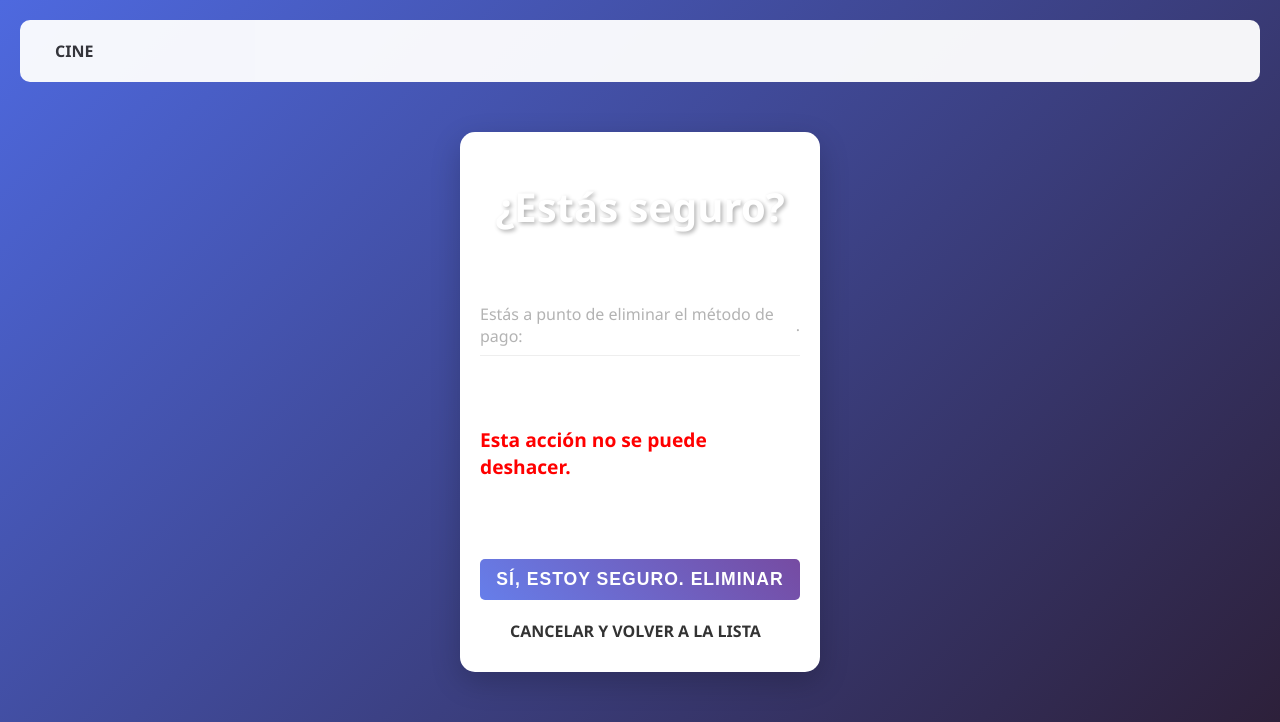
Repository: RoyScc/Practico-Django
Page: tickets/templates/tickets/borrar_metodo.html
An editor plug-in stored every save of this project. The page is shown before and after the next save, followed by the edit.
The browser window is 1280 px wide. The pictures show the whole page.
The page is served by the project's application, run on Django 5.2 (manage.py). The template is opened directly, without the code that normally fills it, so the values that code supplies are empty.

Above is the page before, as saved 2026-05-14 00:09:17.

After the next save:
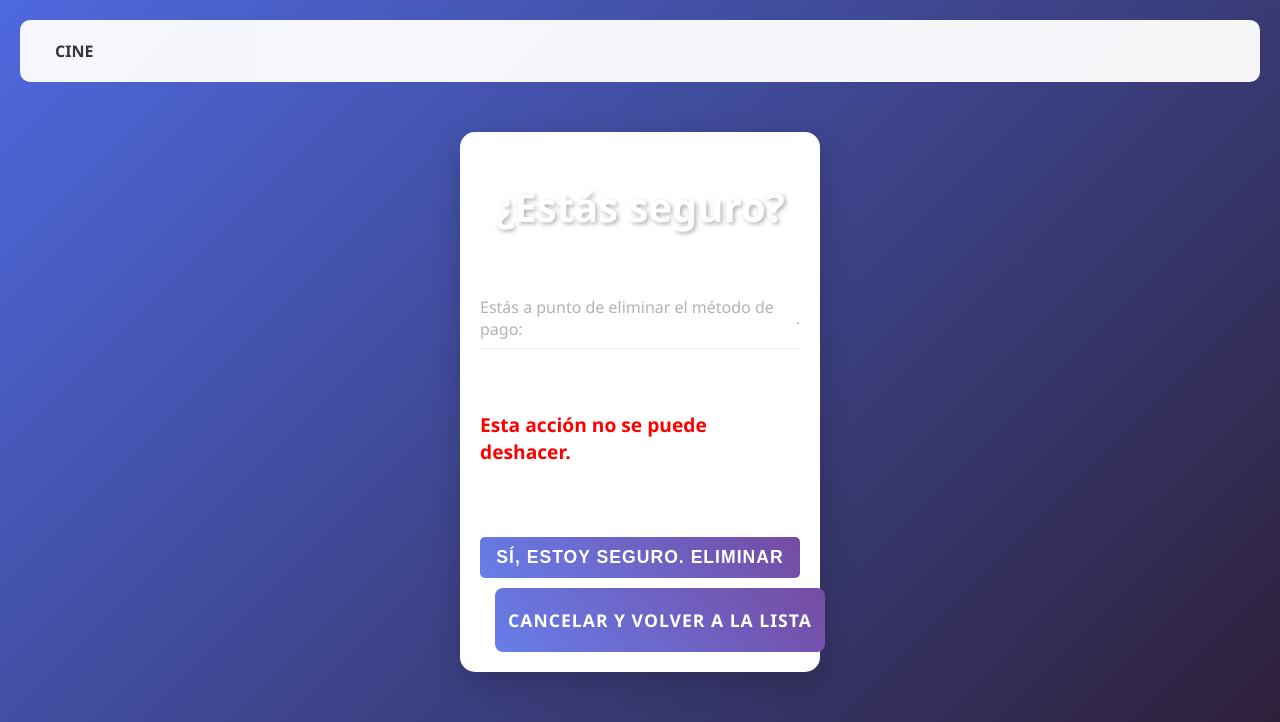
Saved 14 s later.
--- a/tickets/templates/tickets/borrar_metodo.html
+++ b/tickets/templates/tickets/borrar_metodo.html
@@ -14,7 +14,7 @@
         <form method="POST">
             {% csrf_token %}
             <button type="submit" style="padding: 10px; background-color: red; color: white; border: none; border-radius: 5px; cursor: pointer;">Sí, estoy seguro. Eliminar</button>
-            <a href="{% url 'lista_metodos' %}" style="margin-left: 15px; text-decoration: none;">Cancelar y volver a la lista</a>
+            <a class="button" href="{% url 'lista_metodos' %}" style="margin-left: 15px; text-decoration: none;">Cancelar y volver a la lista</a>
         </form>
     </div>
 
